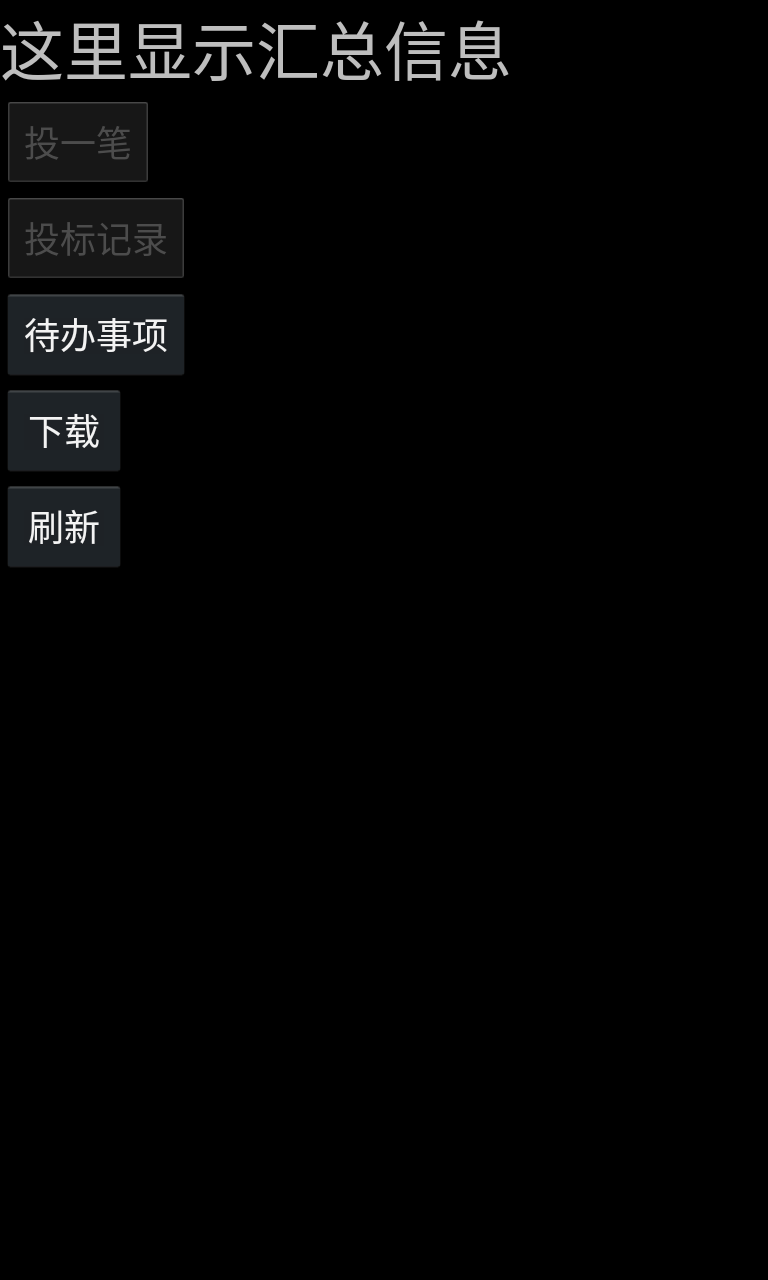
Repository: gongxinge/money-android
Layout: P2P/res/layout/main.xml
An editor plug-in stored every save of this project. The layout is shown before and after the next save, followed by the edit.
It is drawn on a 768 x 1280 px phone screen (xhdpi) without system bars, with theme android:Theme.Holo; the app's code is not run.

Above is the layout before, as saved 2015-06-01 15:10:01.

### P2P/res/layout/main.xml
<?xml version="1.0" encoding="utf-8"?>
<LinearLayout xmlns:android="http://schemas.android.com/apk/res/android"
    android:layout_width="match_parent"
    android:layout_height="match_parent"
    android:orientation="vertical"
    >

    <TextView
        android:id="@+id/textView1"
        android:layout_width="wrap_content"
        android:layout_height="wrap_content"
        android:text="这里显示汇总信息"
        android:textSize="32dp"/>

    <LinearLayout
        android:id="@+id/linearLayout1"
        android:layout_width="match_parent"
        android:layout_height="wrap_content"
            android:orientation="vertical">

        <Button
            android:id="@+id/btnAddBill"
            android:layout_width="wrap_content"
            android:layout_height="wrap_content"
            android:enabled="false"
            android:text="投一笔" />

        <Button
            android:id="@+id/ btnBillList"
            android:layout_width="wrap_content"
            android:layout_height="wrap_content"
            android:enabled="false"
            android:text="投标记录" />

        <Button
            android:id="@+id/btnDetailList"
            android:layout_width="wrap_content"
            android:layout_height="wrap_content"
            android:text="待办事项" />

        <Button
            android:id="@+id/btnDown"
            android:layout_width="wrap_content"
            android:layout_height="wrap_content"
            android:text="下载" />

                <Button
            android:id="@+id/btnResh"
            android:layout_width="wrap_content"
            android:layout_height="wrap_content"
            android:text="刷新" />
    </LinearLayout>

</LinearLayout>

After the next save:
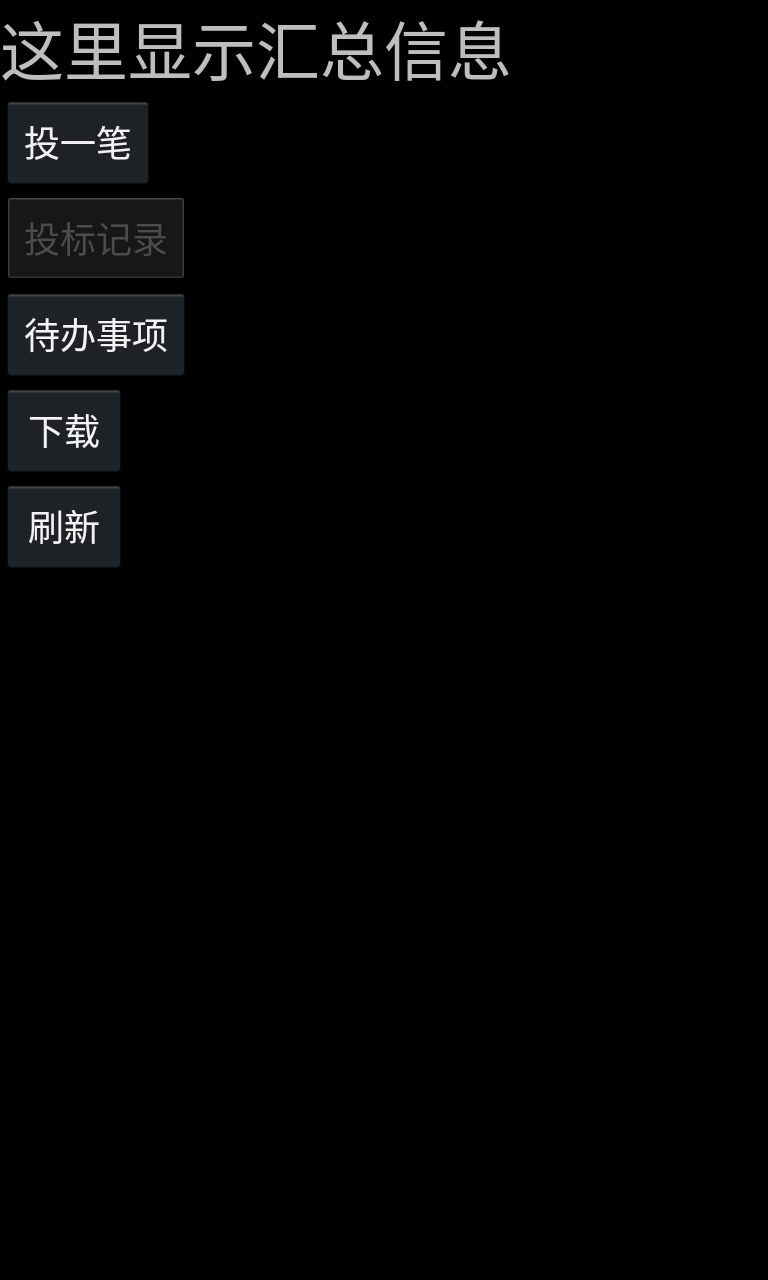
Saved 78 s later.
--- a/P2P/res/layout/main.xml
+++ b/P2P/res/layout/main.xml
@@ -22,7 +22,7 @@
             android:id="@+id/btnAddBill"
             android:layout_width="wrap_content"
             android:layout_height="wrap_content"
-            android:enabled="false"
+            android:enabled="true"
             android:text="投一笔" />
 
         <Button
